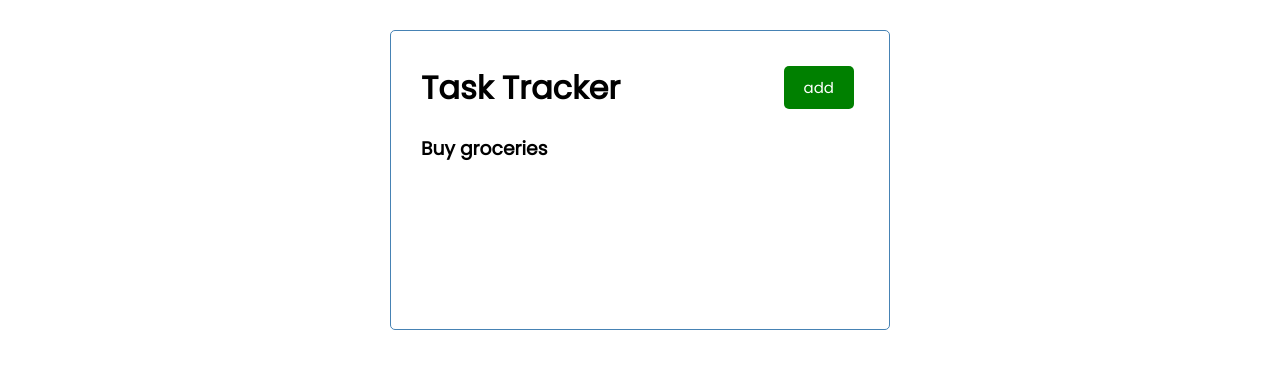
Repository: Samkiroko/task-tracker-app
Page: /, after clicking the first element matching `button.btn`
An editor plug-in stored every save of this project. The page is shown before and after the next save, followed by the edit.
The browser window is 1280 px wide. The pictures show the whole page.
The project was rebuilt for these pictures with package versions that can differ from the ones it lists, and the page was loaded fresh each time.

Above is the page before, as saved 2021-08-02 16:37:00.

### public/index.html
<!DOCTYPE html>
<html lang="en">

<head>
    <meta charset="utf-8" />
    <link rel="icon" href="%PUBLIC_URL%/favicon.ico" />
    <meta name="viewport" content="width=device-width, initial-scale=1" />
    <meta name="theme-color" content="#000000" />
    <meta name="description" content="Web site created using create-react-app" />
    <link rel="apple-touch-icon" href="%PUBLIC_URL%/logo192.png" />

    <link rel="manifest" href="%PUBLIC_URL%/manifest.json" />

    <title>Task tracker App</title>
</head>

<body>
    <div id="root"></div>
</body>

</html>

### src/index.css
@import url('https://fonts.googleapis.com/css2?family=Poppins:wght@300;400&display=swap');
* {
    box-sizing: border-box;
    margin: 0;
    padding: 0;
}

body {
    font-family: 'Poppins', sans-serif;
}

.container {
    max-width: 500px;
    margin: 30px auto;
    overflow: auto;
    min-height: 300px;
    border: 1px solid steelblue;
    padding: 30px;
    border-radius: 5px;
}

.header {
    display: flex;
    justify-content: space-between;
    align-items: center;
    margin-bottom: 20px;
}

.btn {
    display: inline-block;
    background: #000;
    color: #fff;
    border: none;
    padding: 10px 20px;
    margin: 5px;
    border-radius: 5px;
    cursor: pointer;
    text-decoration: none;
    font-size: 15px;
    font-family: inherit;
}

.btn:focus {
    outline: none;
}

.btn:active {
    transform: scale(0.98);
}

.btn-block {
    display: block;
    width: 100%;
}

.task {
    background: #f4f4f4;
    margin: 5px;
    padding: 10px 20px;
    cursor: pointer;
}

.task.reminder {
    border-left: 5px solid green;
}

.task h3 {
    display: flex;
    align-items: center;
    justify-content: space-between;
}

.add-form {
    margin-bottom: 40px;
}

.form-control {
    margin: 20px 0;
}

.form-control label {
    display: block;
}

.form-control input {
    width: 100%;
    height: 40px;
    margin: 5px;
    padding: 3px 7px;
    font-size: 17px;
}

.form-control-check {
    display: flex;
    align-items: center;
    justify-content: space-between;
}

.form-control-check label {
    flex: 1;
}

.form-control-check input {
    flex: 2;
    height: 20px;
}

footer {
    margin-top: 30px;
    text-align: center;
}

### src/App.js
import Header from './components/Header';
import Task from './components/Task';

function App() {
  return (
    <div className="container">
      <Header title="Task Tracker" />
      <Task />
    </div>
  );
}

export default App;

### src/components/Header.js
import React from 'react';
import Button from './Button';

const Header = ({ title }) => {
  const onClick = () => {
    console.log('Header clicked');
  };

  return (
    <header className="header">
      <h1>{title}</h1>
      <Button color="green" text="add" onClick={onClick} />
    </header>
  );
};

export default Header;

### src/components/Task.js
import React from 'react';

const tasks = [
  {
    id: 1,
    text: 'Buy groceries',
    day: 'Feb 5th at 2:30pm',
    reminder: true,
  },
  {
    id: 2,
    title: 'Learn React',
    day: 'Feb 6th at 1:30pm',
    completed: false,
  },
];

const Task = () => {
  return (
    <>
      {tasks.map((task) => (
        <h3>{task.text}</h3>
      ))}
    </>
  );
};

export default Task;

### src/components/Button.js
import PropTypes from 'prop-types';
import React from 'react';

const Button = ({ color, text, onClick }) => {
  return (
    <button
      onClick={onClick}
      style={{ backgroundColor: color }}
      className="btn">
      {text}
    </button>
  );
};

Button.defaultProps = {
  color: 'steelblue',
};

Button.propTypes = {
  color: PropTypes.string,
  text: PropTypes.string,
  onClick: PropTypes.func,
};

export default Button;

Loaded but not shown: src/index.js (common file)

After the next save:
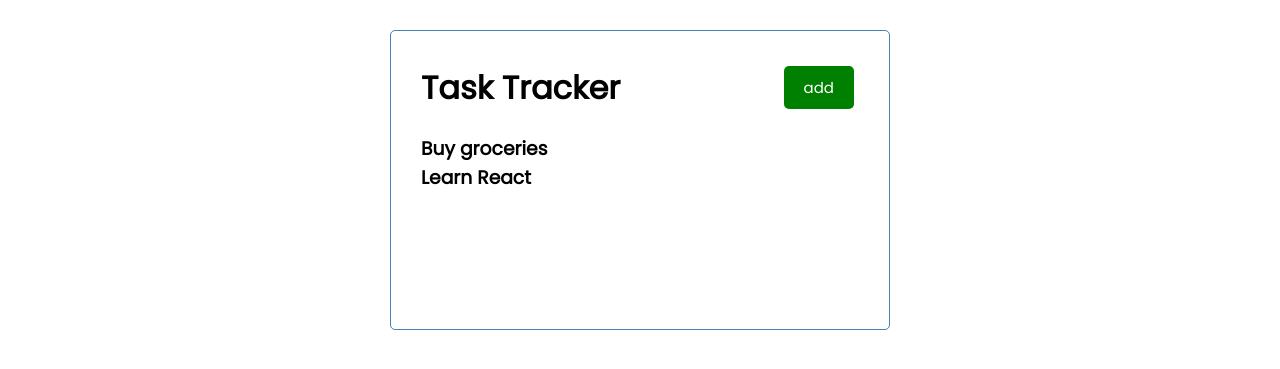
Saved 12 s later.
--- a/src/components/Task.js
+++ b/src/components/Task.js
@@ -9,7 +9,7 @@ const tasks = [
   },
   {
     id: 2,
-    title: 'Learn React',
+    text: 'Learn React',
     day: 'Feb 6th at 1:30pm',
     completed: false,
   },
